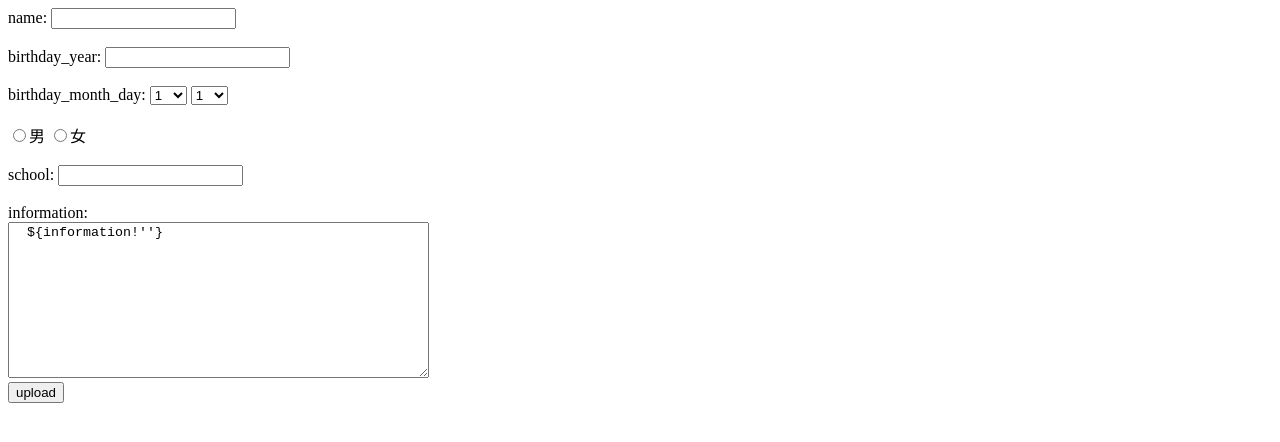
Repository: Brief-drizzle/Java-Web
Page: sy1/WebRoot/resume.html
The author's editor kept a copy of each file at every save. The page is drawn from the files as they stood at one save, then again after the next save.
The browser window is 1280 px wide. The pictures show the whole page.

Above is the page before, as saved 2020-10-23 10:36:15.

After the next save:
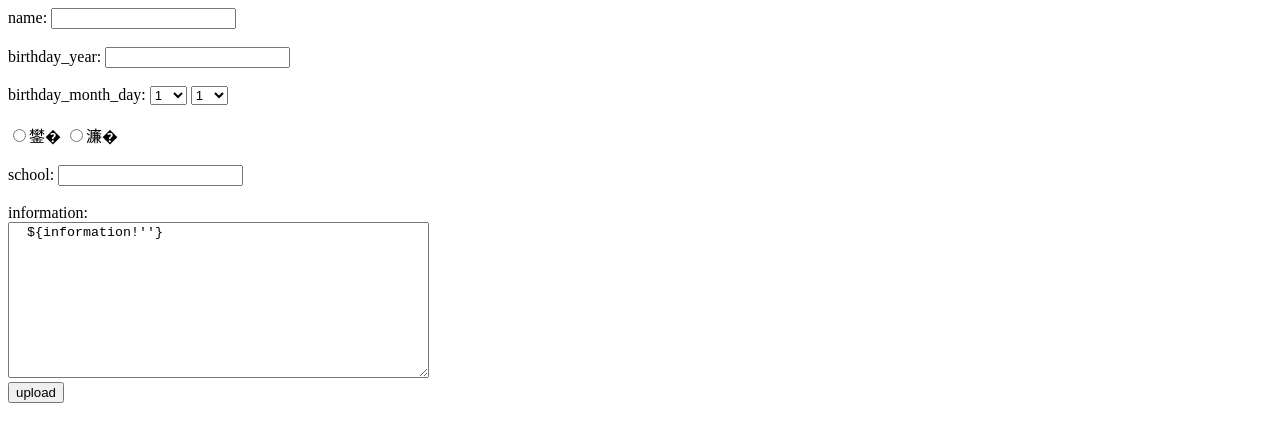
Saved 2 min 40 s later.
--- a/sy1/WebRoot/resume.html
+++ b/sy1/WebRoot/resume.html
@@ -6,6 +6,7 @@
     <meta name="keywords" content="keyword1,keyword2,keyword3">
     <meta name="description" content="this is my page">
     <meta name="content-type" content="text/html; charset=UTF-8">
+    <meta charset="GBK">
     <meta http-equiv="Content-Type" content="text/html; charset=utf-8">
 
     <!--<link rel="stylesheet" type="text/css" href="./styles.css">-->
